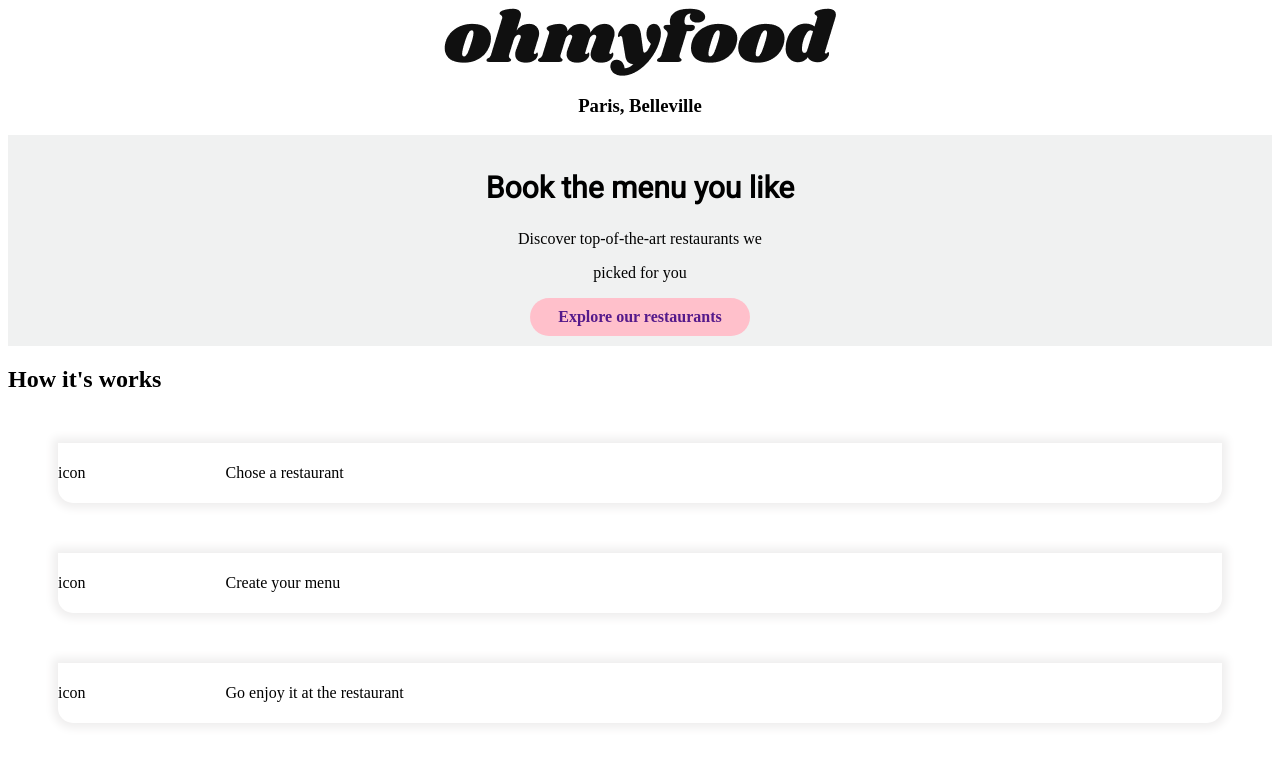
Repository: ailahin/ohmyfood
Page: Index.html
An editor plug-in stored every save of this project. The page is shown before and after the next save, followed by the edit.
The browser window is 1280 px wide. The pictures show the whole page.
Some web fonts or font styles are not loaded; a fallback is used.

Above is the page before, as saved 2023-08-11 03:30:51.

### Index.html
<!DOCTYPE html>
<html lang="en">
<head>
    <meta charset="UTF-8">
    <meta name="viewport" content="width=device-width, initial-scale=1.0">
    <title>ohmyfood</title>
    <link rel="stylesheet" href="index.css">
    <link rel="preconnect" href="https://fonts.googleapis.com">
    <link rel="preconnect" href="https://fonts.gstatic.com" crossorigin>
    <link href="https://fonts.googleapis.com/css2?family=Raleway&family=Roboto&family=Shrikhand&display=swap" rel="stylesheet">

    <!-- font-family: 'Raleway', sans-serif;
font-family: 'Roboto', sans-serif;
font-family: 'Shrikhand', cursive; -->
<!-- Primary Secondary Tertiary
#9356DC #FF79DA #99E2D0 -->

</head>
<body>
    <header>
        <div class="header-img">
            <img src="/images/logo/ohmyfood.png" alt="">
        </div>

        <div class="header-title">
            <h3> Paris, Belleville</h3>
        </div>

    </header>

    <nav>


        <div>
            <h1 class="nav-title"> Book the menu you like</h1>
        <p class="span-text"> Discover top-of-the-art restaurants we</p>
        <p class="span-text">picked for you</p>
        <a href="" type="button" class="nav-btn"> Explore our restaurants</a>

        </div>

    </nav>

    <section>

        <h1>How it's works</h1>

        <div class="card">
            <div class="card-icon"> icon</div>
            <div class="card-text">Chose a restaurant</div>
        </div>
        <div  class="card">
            <div class="card-icon">icon</div>
            <div class="card-text">Create your menu</div>
        </div>
        <div  class="card">
            <div class="card-icon">icon</div>
            <div class="card-text">Go enjoy it at the restaurant</div>
        </div>

    </section>
    <footer>

    </footer>
</body>
</html>

### index.css


.header-img{
    display: flex;
    align-items: center;
    justify-content:center;

}
.header-title{
    display: flex;
    align-items: center;
    justify-content:center;

}
nav{
    background-color: rgb(240, 241, 241);
    padding: 10px;
    padding-bottom: 10px;
    width: 100%;
    box-sizing: border-box;





    .nav-title{
        align-items: center;
        justify-content: center;
        display: flex;
        font-family: 'Roboto', sans-serif;
        font-size: 30px;

    }

    .span-text{
        align-items: center;
        justify-content: center;
        display: flex;
    }

    .nav-btn {
        display: flex;
        align-items: center;
        justify-content: center;
        background-color: pink;
        width: 200px;
        margin: 0 auto;
        text-decoration: none;
        padding: 10px;
        border-radius: 1000px;
        font-weight: bold;

    }
}
.card{
    box-shadow: 0px 0px 10px 5px rgb(239, 238, 238);
    border-bottom-left-radius: 15px;
    border-bottom-right-radius: 15px;
    margin: 50px;
    height:60px;
    display: flex;
    align-items: center;

}

.card-text{
    margin-left: 140px;




}

.card-icon{


}

After the next save:
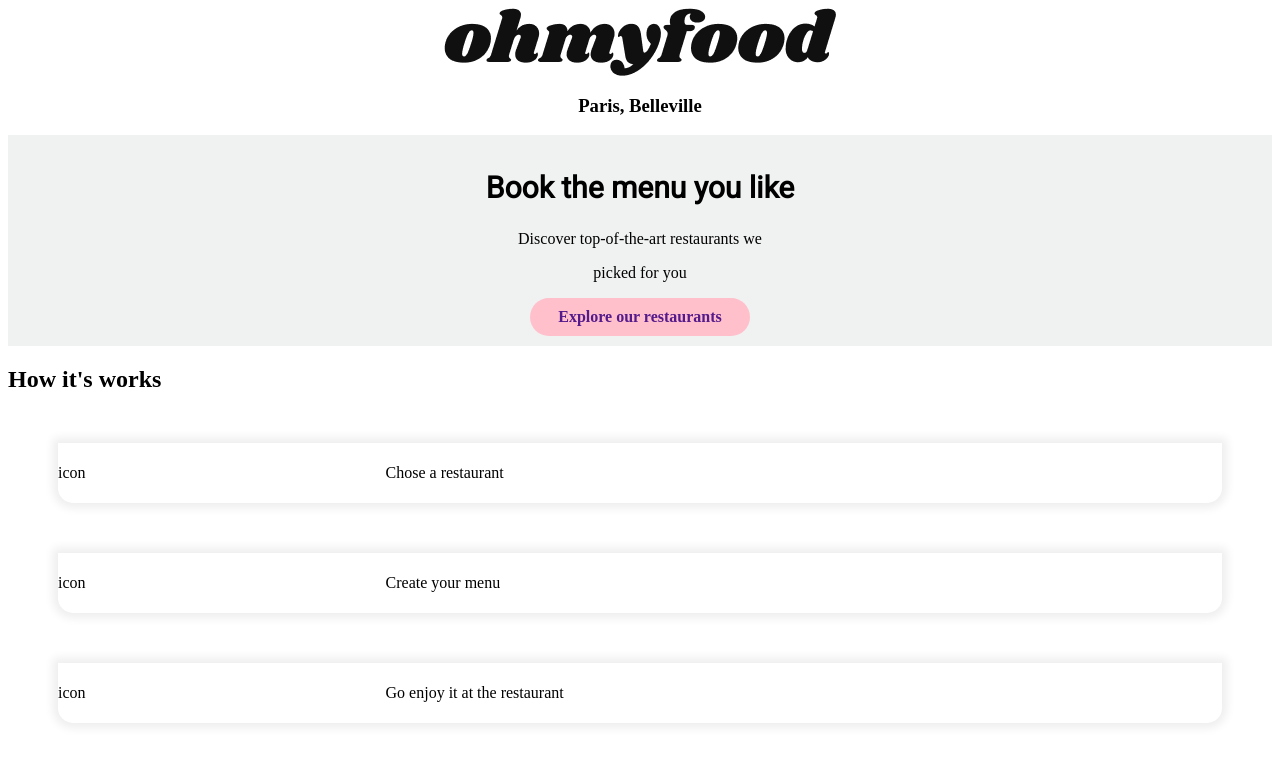
Saved 7 s later.
--- a/index.css
+++ b/index.css
@@ -64,7 +64,7 @@ nav{
 }
 
 .card-text{
-    margin-left: 140px;
+    margin-left: 300px;
 
 
 
